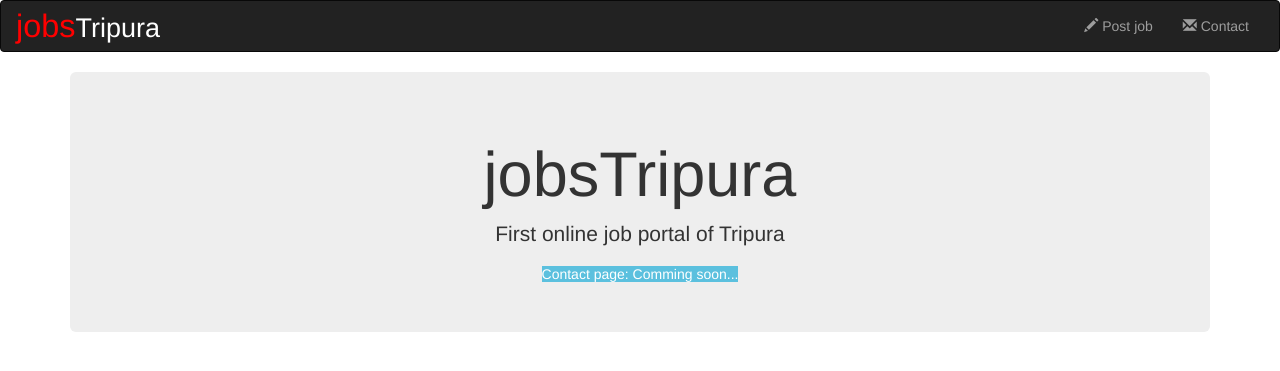
Repository: jobstripura/jobstripura.github.io
Page: contact.html
The author's editor kept a record of every edit. The page is drawn from the files as they stood at one moment, then again after the next edit.
The browser window is 1280 px wide. The pictures show the whole page.
Some web libraries are served in a nearby version.

Above is the page before.

After the next edit:
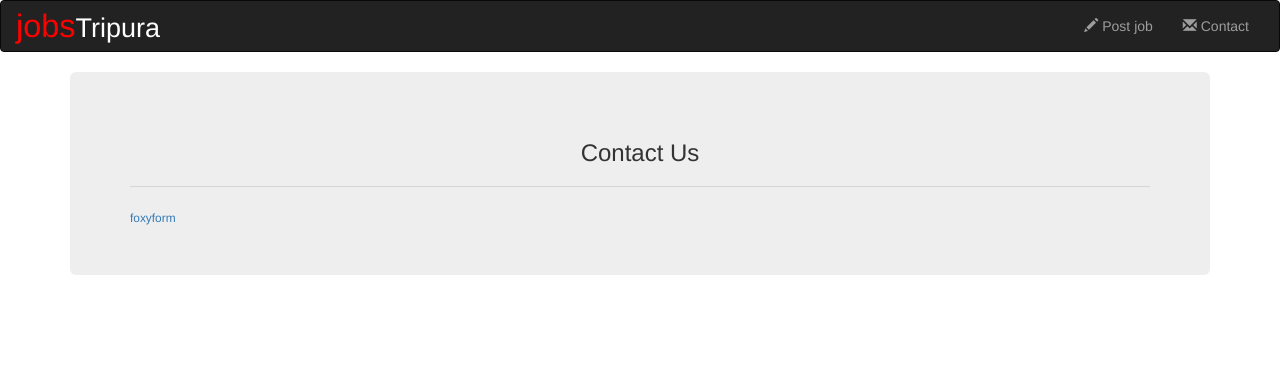
The edit:
--- a/contact.html
+++ b/contact.html
@@ -31,12 +31,23 @@
 </nav>
 
 <div class="container">
-  <div class="jumbotron" style="text-align:center">
-    <h1>jobsTripura</h1>
-    <p>First online job portal of Tripura</p>
-       <span class="btn-info">Contact page: Comming soon...</span>
-  </div>
+   <div class="jumbotron">
+        <h3><center>Contact Us</center></h3><hr>
+    <!-- Do not change the code! -->
+<!-- Do not change the code! -->
 
+<a id="foxyform_embed_link_625535" href="http://www.foxyform.com/"><small>foxyform</small></a>
+<script type="text/javascript">
+(function(d, t){
+   var g = d.createElement(t),
+       s = d.getElementsByTagName(t)[0];
+   g.src = "http://www.foxyform.com/js.php?id=625535&sec_hash=622e1f94170&width=350px";
+   s.parentNode.insertBefore(g, s);
+}(document, "script"));
+</script>
+
+<!-- Do not change the code! -->
+      </div>
 
 </div>
 
